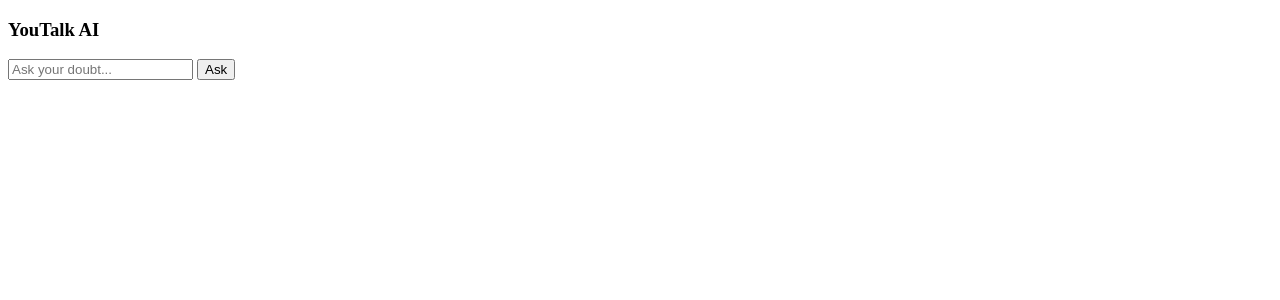
Repository: GAURAV7820/YOUTALK-AI
Page: extension/popup.html
An editor plug-in stored every save of this project. The page is shown before and after the next save, followed by the edit.
The browser window is 1280 px wide. The pictures show the whole page.

Above is the page before, as saved 2026-03-21 18:58:28.

### extension/popup.html
<!DOCTYPE html>
<html>
<head>
  <title>YouTalk</title>
</head>
<body>

  <h3>YouTalk AI</h3>

  <input type="text" id="question" placeholder="Ask your doubt..." />
  <button id="askBtn">Ask</button>

  <p id="response"></p>

  <script src="popup.js"></script>

</body>
</html>

### extension/popup.js
console.log("popup.js loaded");

const askButton = document.getElementById("askBtn");
const questionInput = document.getElementById("question");
const responseEl = document.getElementById("response");

askButton.addEventListener("click", async () => {
    const question = questionInput.value.trim();

    if (!question) {
        responseEl.textContent = "Enter a question first.";
        return;
    }

    const [tab] = await chrome.tabs.query({ active: true, currentWindow: true });

    if (!tab?.url?.includes("youtube.com")) {
        responseEl.textContent = "Open a YouTube video first.";
        return;
    }

    await chrome.scripting.executeScript({
        target: { tabId: tab.id },
        files: ["content.js"],
    });

    const response = await new Promise((resolve) => {
        chrome.tabs.sendMessage(tab.id, { action: "GET_TIME" }, resolve);
    });

    const time = Math.floor(response?.time || 0);
    const prompt = `Video timestamp: ${time} seconds
User question: ${question}

Explain in simple terms like teaching a beginner. Also explain why it is important.`;

    responseEl.textContent = "Thinking...";

    try {
        const res = await fetch("http://127.0.0.1:3000/ask", {
            method: "POST",
            headers: {
                "Content-Type": "application/json",
            },
            body: JSON.stringify({ prompt }),
        });

        if (!res.ok) {
            throw new Error(`Request failed with status ${res.status}`);
        }

        const data = await res.json();
        const answer = data.candidates?.[0]?.content?.parts?.[0]?.text || "No response";
        responseEl.textContent = answer;
    } catch (error) {
        console.error("Failed to fetch answer", error);
        responseEl.textContent = "Could not get a response. Check that the local server is running.";
    }
});

After the next save:
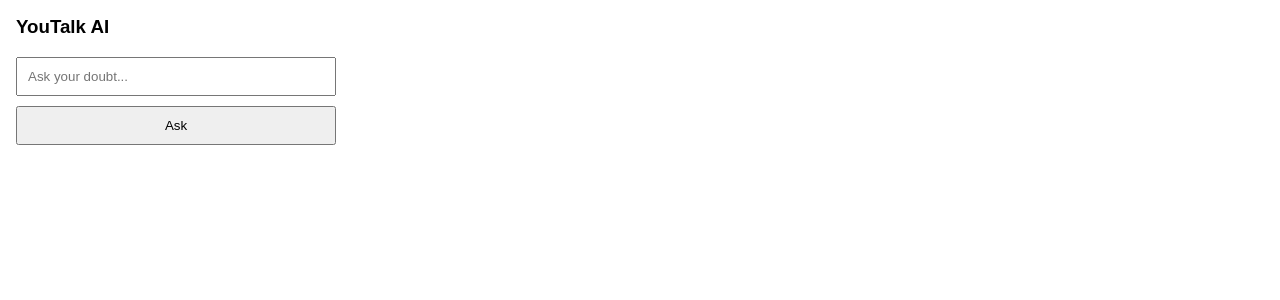
Saved 4 s later.
--- a/extension/popup.html
+++ b/extension/popup.html
@@ -1,18 +1,44 @@
 <!DOCTYPE html>
 <html>
 <head>
-  <title>YouTalk</title>
+  <meta charset="UTF-8" />
+  <title>YouTalk AI</title>
+  <style>
+    body {
+      font-family: Arial, sans-serif;
+      margin: 0;
+      padding: 16px;
+      width: 320px;
+    }
+
+    h3 {
+      margin-top: 0;
+    }
+
+    input {
+      box-sizing: border-box;
+      width: 100%;
+      padding: 10px;
+      margin-bottom: 10px;
+    }
+
+    button {
+      width: 100%;
+      padding: 10px;
+      cursor: pointer;
+    }
+
+    #response {
+      margin-top: 12px;
+      white-space: pre-wrap;
+    }
+  </style>
 </head>
 <body>
-
   <h3>YouTalk AI</h3>
-
   <input type="text" id="question" placeholder="Ask your doubt..." />
   <button id="askBtn">Ask</button>
-
   <p id="response"></p>
-
   <script src="popup.js"></script>
-
 </body>
 </html>
